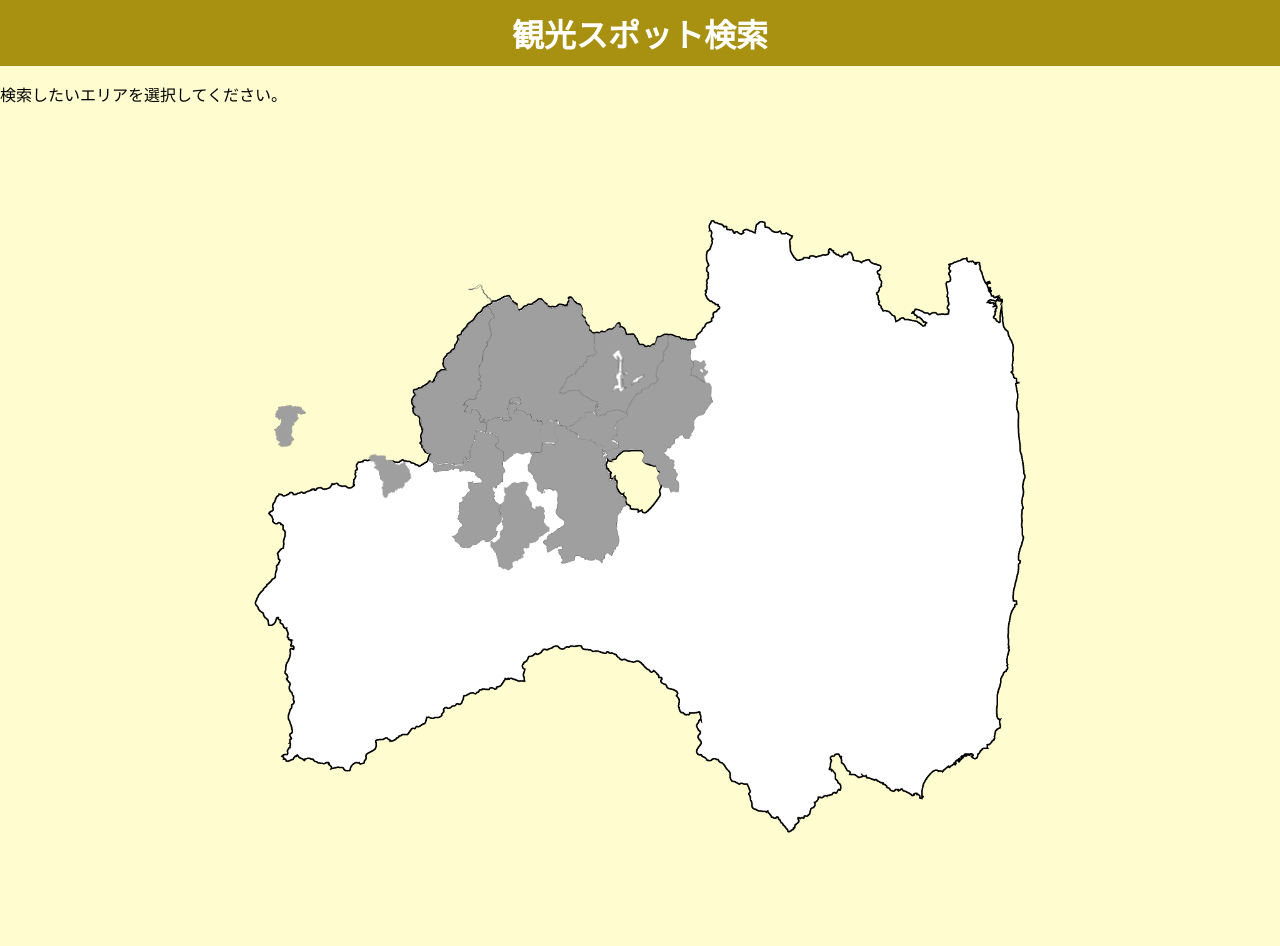
Repository: ryoutana/tanaryou.github.io
Page: Downloads/project/index.html
An editor plug-in stored every save of this project. The page is shown before and after a run of saves, followed by the edit.
The browser window is 1280 px wide. The pictures show the whole page.

Above is the page before, as saved 2025-04-29 13:53:58.

### Downloads/project/index.html
<!DOCTYPE html>
<html lang="ja">
<head>
    <meta charset="UTF-8">
    <meta name="viewport" content="width=device-width, initial-scale=1.0">
    <title>観光スポット検索</title>
    <link rel="stylesheet" href="styles.css">
</head>
<body>
    <header>
        <h1 id="pageTitle">観光スポット検索</h1>
    </header>
    <main>
        <section id="intro">
            <p id="introText">検索したいエリアを選択してください。</p>
            <div id="mapContainer">
                <img id="introImage" src="福島県白地図.png" alt="福島県の地図">
                <div id="spotContainer"></div>
            </div>
        </section>
    </main>
    <script src="script.js"></script>
</body>
</html>

### Downloads/project/styles.css
/* styles.css */

/* 全体のリセット */
body, html {
    margin: 0;
    padding: 0;
    box-sizing: border-box;
    background-color: #fffdd0; /* 背景色をクリーム色に設定 */
    font-family: Arial, sans-serif;
}

/* ヘッダーのスタイル */
header {
    text-align: center;
    background-color: #a89110; /* ゴールド系の背景色 */
    padding: 10px 0;
}

#pageTitle {
    font-size: 2em;
    margin: 0;
    color: #fff; /* 白文字 */
}

/* 地図全体のコンテナ */
#mapContainer {
    position: relative;
    width: 80%; /* 地図の幅を画面幅に応じて調整 */
    max-width: 800px;
    margin: 20px auto;
    overflow: hidden;
    text-align: center;
}

#introImage {
    width: 100%; /* 地図画像を親要素にフィットさせる */
    height: auto;
    display: block;
    margin: 0 auto;
    z-index: 1;
}

/* スポット画像のコンテナ */
#spotContainer {
    position: absolute;
    top: 0;
    left: 0;
    width: 100%;
    height: 100%;
    z-index: 2;
}

/* スポット画像のスタイル */
.spot-image {
    position: absolute;
    transform: translate(-50%, -50%); /* 中心基準で配置 */
    cursor: pointer;
    transition: filter 0.3s ease;
    filter: brightness(0.8) saturate(0); /* デフォルトで薄い灰色 */
}

.spot-image:hover {
    filter: brightness(1.2) hue-rotate(90deg); /* カーソルが乗ると黄緑 */
}

.spot-image.active {
    filter: brightness(1) hue-rotate(120deg) saturate(2); /* クリックでしっかり緑 */
}

### Downloads/project/script.js
// script.js

// スポットデータ（座標は地図画像内の相対的なピクセル位置）
const spots = [
    { name: '会津坂下町', img: '会津坂下町(白地図).png', x: 275, y: 303, width: 78 },
    { name: '会津若松市', img: '会津若松市(白地図).png', x: 337, y: 368, width: 158 },
    { name: '会津美里町', img: '会津美里町(白地図).png', x: 280, y: 400, width: 100 },
    { name: '喜多方市', img: '喜多方市(白地図).png', x: 291, y: 230, width: 170 },
    { name: '金山町', img: '金山町(白地図).png', x: 450, y: 250, width: 45 },
    { name: '三島町', img: '三島町(白地図).png', x: 50, y: 300, width: 50 },
    { name: '昭和村', img: '昭和村(白地図).png', x: 150, y: 350, width: 55 },
    { name: '西会津町', img: '西会津町(白地図).png', x: 214, y: 260, width: 180 },
    { name: '猪苗代町', img: '猪苗代町(白地図).png', x: 418, y: 288, width: 178 },
    { name: '湯川村', img: '湯川村(白地図).png', x: 309, y: 306, width: 30 },
    { name: '磐梯町', img: '磐梯町(白地図).png', x: 357, y: 304, width: 69 },
    { name: '北塩原村', img: '北塩原村(白地図).png', x: 374, y: 244, width: 123 },
    { name: '柳津町', img: '柳津町(白地図).png', x: 229, y: 363, width: 134 }
];

// スポットを動的に生成
function generateSpots() {
    const spotContainer = document.getElementById('spotContainer');
    const mapContainer = document.getElementById('mapContainer');

    if (!spotContainer || !mapContainer) {
        console.error('Error: 必要な要素が見つかりません。');
        return;
    }

    const mapWidth = mapContainer.offsetWidth; // 地図の幅
    const mapHeight = mapContainer.offsetHeight; // 地図の高さ

    spots.forEach(spot => {
        const img = document.createElement('img');
        img.src = spot.img;
        img.alt = spot.name;
        img.style.width = `${(spot.width / 800) * mapWidth}px`; // 幅を地図のサイズに比例させる
        img.style.left = `${(spot.x / 800) * mapWidth}px`; // x座標を地図のサイズに比例させる
        img.style.top = `${(spot.y / 800) * mapHeight}px`; // y座標を地図のサイズに比例させる
        img.classList.add('spot-image');

        // クリックイベントで色を変更
        img.addEventListener('click', () => {
            if (img.classList.contains('active')) {
                img.classList.remove('active'); // 緑から灰色に戻す
            } else {
                img.classList.add('active'); // 緑にする
            }
        });

        spotContainer.appendChild(img);
    });
}

// 初期化処理
function init() {
    generateSpots();
    console.log('スポット画像の生成が完了しました。');
}

// ページ読み込み時に初期化
window.onload = init;

After the next 2 saves:
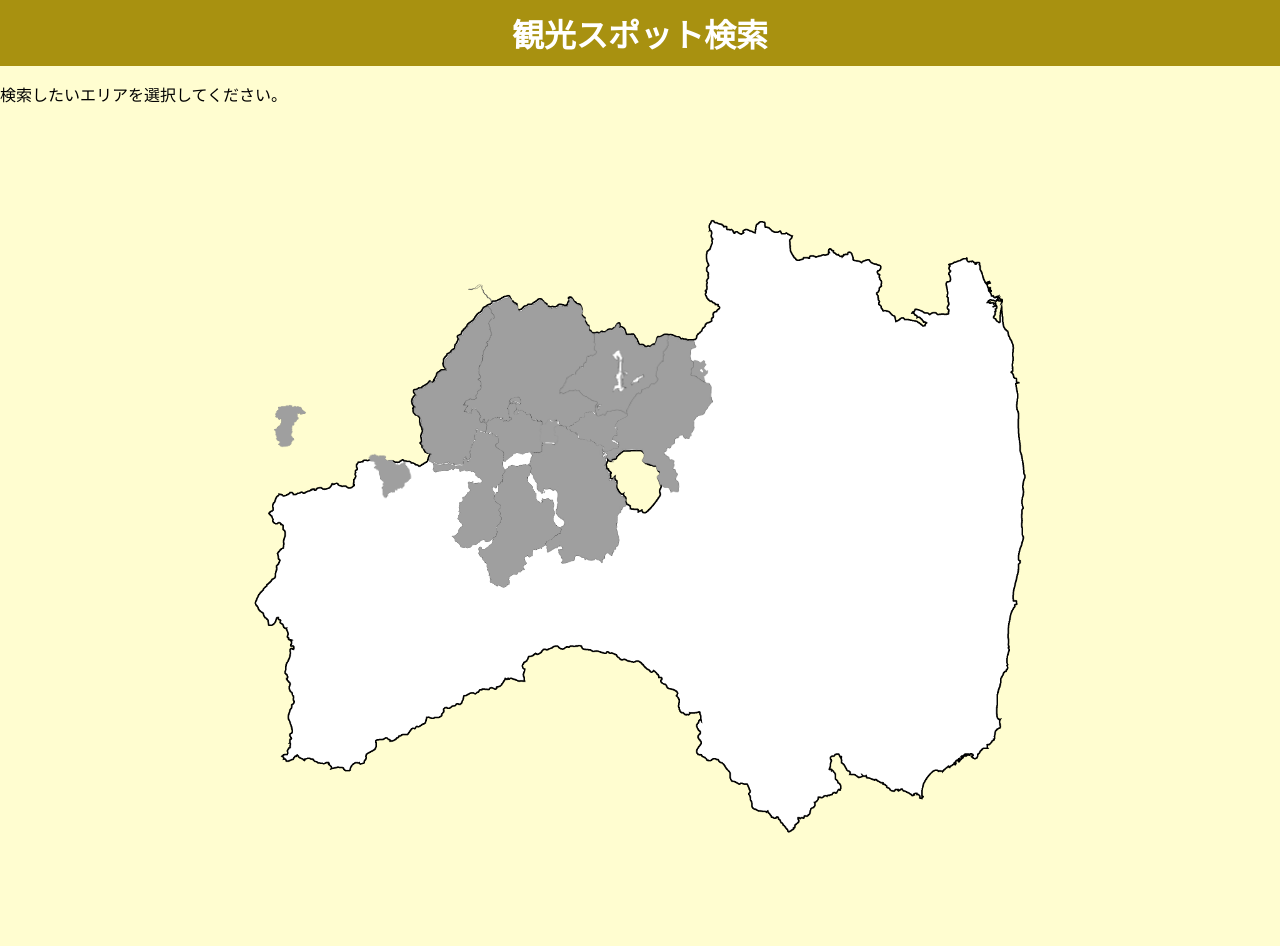
The 2 saves are shown as one change because they came seconds apart.
The last was saved 7 s later.
--- a/Downloads/project/script.js
+++ b/Downloads/project/script.js
@@ -4,7 +4,7 @@
 const spots = [
     { name: '会津坂下町', img: '会津坂下町(白地図).png', x: 275, y: 303, width: 78 },
     { name: '会津若松市', img: '会津若松市(白地図).png', x: 337, y: 368, width: 158 },
-    { name: '会津美里町', img: '会津美里町(白地図).png', x: 280, y: 400, width: 100 },
+    { name: '会津美里町', img: '会津美里町(白地図).png', x: 280, y: 400, width: 140 },
     { name: '喜多方市', img: '喜多方市(白地図).png', x: 291, y: 230, width: 170 },
     { name: '金山町', img: '金山町(白地図).png', x: 450, y: 250, width: 45 },
     { name: '三島町', img: '三島町(白地図).png', x: 50, y: 300, width: 50 },
